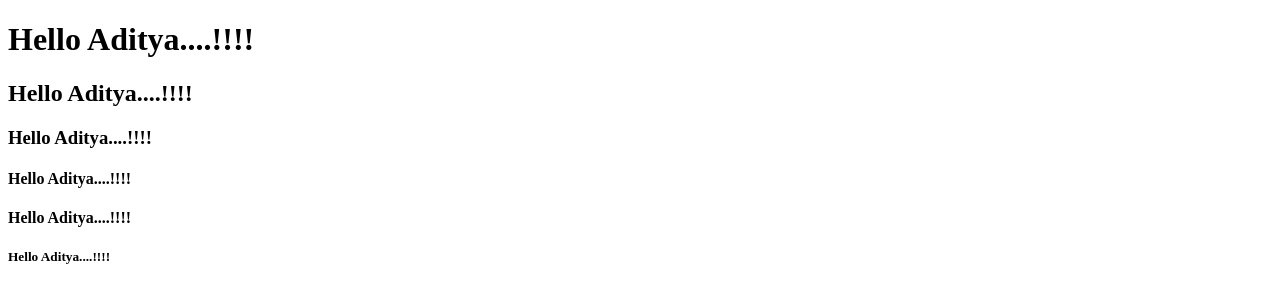
Repository: Adityayadav26/Advance-Java
Page: http://localhost/Web-Project/
The author's editor kept a copy of each file at every save. The page is drawn from the files as they stood at one save, then again after the next save.
The browser window is 1280 px wide. The pictures show the whole page.
The page is served by Tomcat 9.

Above is the page before, as saved 2026-01-21 09:46:45.

After the next save:
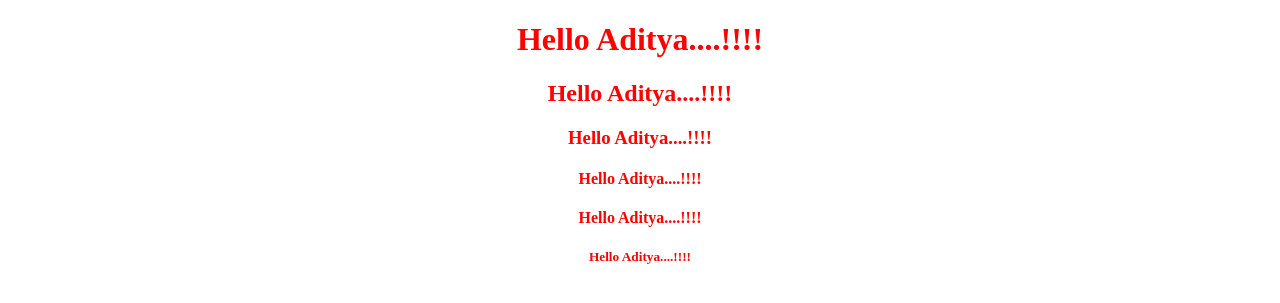
Saved 31 s later.
--- a/JspServlet/Web-Project/WebContent/index.jsp
+++ b/JspServlet/Web-Project/WebContent/index.jsp
@@ -7,7 +7,7 @@
 <title>Insert title here</title>
 </head>
 <body>
-	<div>
+	<div align="center" style="color: Red">
 		<h1>Hello Aditya....!!!!</h1>
 		<h2>Hello Aditya....!!!!</h2>
 		<h3>Hello Aditya....!!!!</h3>
